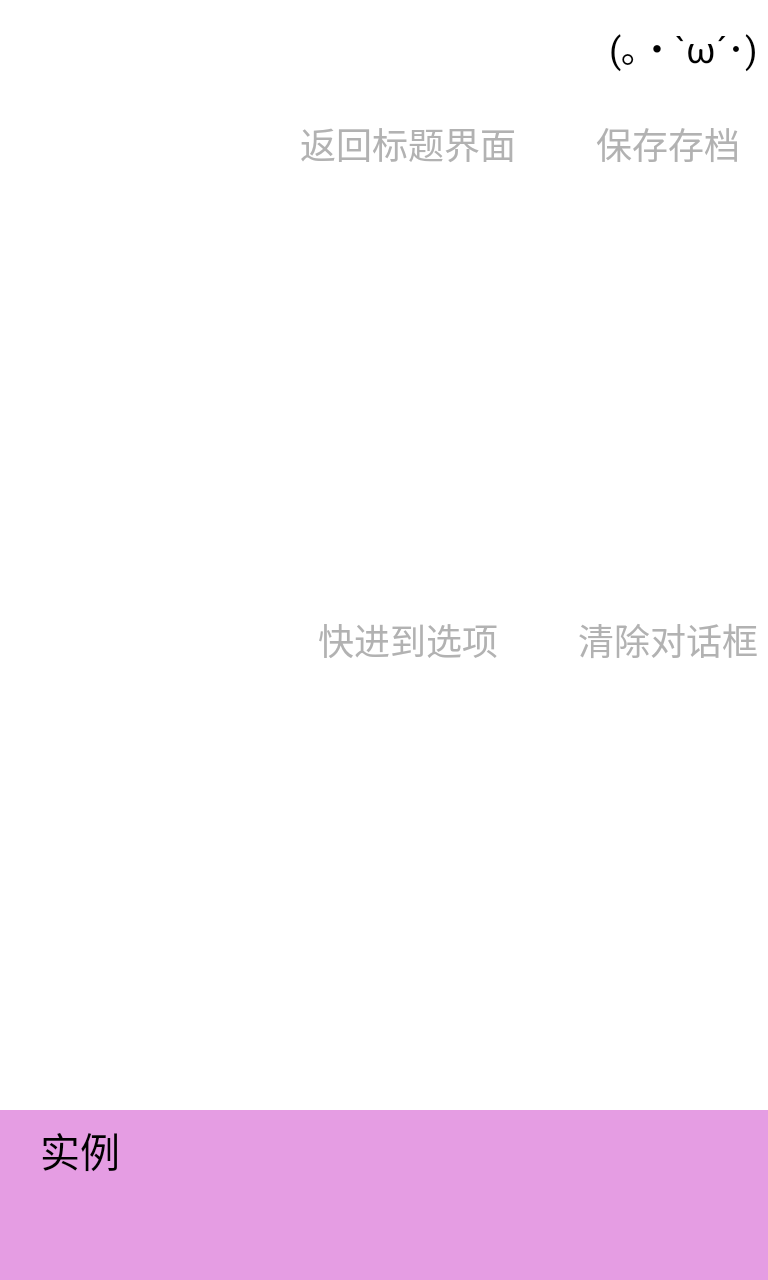
Repository: GuardLDW/HERO
Layout: GuardLDW/res/layout/game.xml
An editor plug-in stored every save of this project. The layout is shown before and after the next save, followed by the edit.
It is drawn on a 768 x 1280 px phone screen (xhdpi) without system bars, with theme AppTheme; the app's code is not run.

Above is the layout before, as saved 2016-10-04 03:00:12.

### GuardLDW/res/layout/game.xml
<?xml version="1.0" encoding="utf-8"?>
<RelativeLayout xmlns:android="http://schemas.android.com/apk/res/android"
    android:layout_width="match_parent"
    android:layout_height="match_parent"
    android:orientation="vertical" >


      <ImageView
        android:id="@+id/image_game"
        android:layout_width="match_parent"
        android:layout_height="match_parent"
        android:scaleType="fitXY" />

    <Button
        android:id="@+id/button_dialog"
        android:layout_width="match_parent"
        android:layout_height="wrap_content"
        android:layout_alignParentBottom="true"
        android:background="#afDA70D6"
        android:gravity="left"
        android:minHeight="85dp"
        android:paddingLeft="20dip"
        android:paddingRight="20dip"
        android:paddingTop="5dip"
        android:text = "实例"
        android:textSize="20sp" />

    <Button
        android:id="@+id/button_startgameset"
        android:layout_width="wrap_content"
        android:layout_height="wrap_content"
        android:layout_alignParentRight="true"
        android:layout_alignParentTop="true"
        android:text="(｡・`ω´･)"
        android:layout_marginRight="5dp"
        android:background="#00FFFFFF"/>

    <Button
        android:id="@+id/button_remove"
        android:layout_width="wrap_content"
        android:layout_height="wrap_content"
        android:layout_alignRight="@+id/button_startgameset"
        android:layout_centerVertical="true"
        android:text="清除对话框"
        android:background="#00FFFFFF"
        android:enabled="false"/>

    <Button
        android:id="@+id/button_save"
        android:layout_width="wrap_content"
        android:layout_height="wrap_content"
        android:layout_alignLeft="@+id/button_remove"
        android:layout_alignRight="@+id/button_startgameset"
        android:layout_below="@+id/button_startgameset"
        android:background="#00FFFFFF"
        android:enabled="false"
        android:text="保存存档" />

    <Button
        android:id="@+id/button_backtotitle"
        android:layout_width="wrap_content"
        android:layout_height="wrap_content"
        android:layout_alignBaseline="@+id/button_save"
        android:layout_alignBottom="@+id/button_save"
        android:layout_alignRight="@+id/button_fast"
        android:background="#00FFFFFF"
        android:enabled="false"
        android:minWidth="110dp"
        android:text="返回标题界面" />

    <Button
        android:id="@+id/button_fast"
        android:layout_width="wrap_content"
        android:layout_height="wrap_content"
        android:layout_centerVertical="true"
        android:layout_marginRight="30dp"
        android:layout_toLeftOf="@+id/button_remove"
        android:background="#00FFFFFF"
        android:minWidth="110dp"
        android:enabled="false"
        android:text="快进到选项" />



</RelativeLayout>

Loaded but not shown: GuardLDW/res/values/styles.xml (common file); GuardLDW/res/values-v11/styles.xml (common file); GuardLDW/res/values-v14/styles.xml (common file)

After the next save:
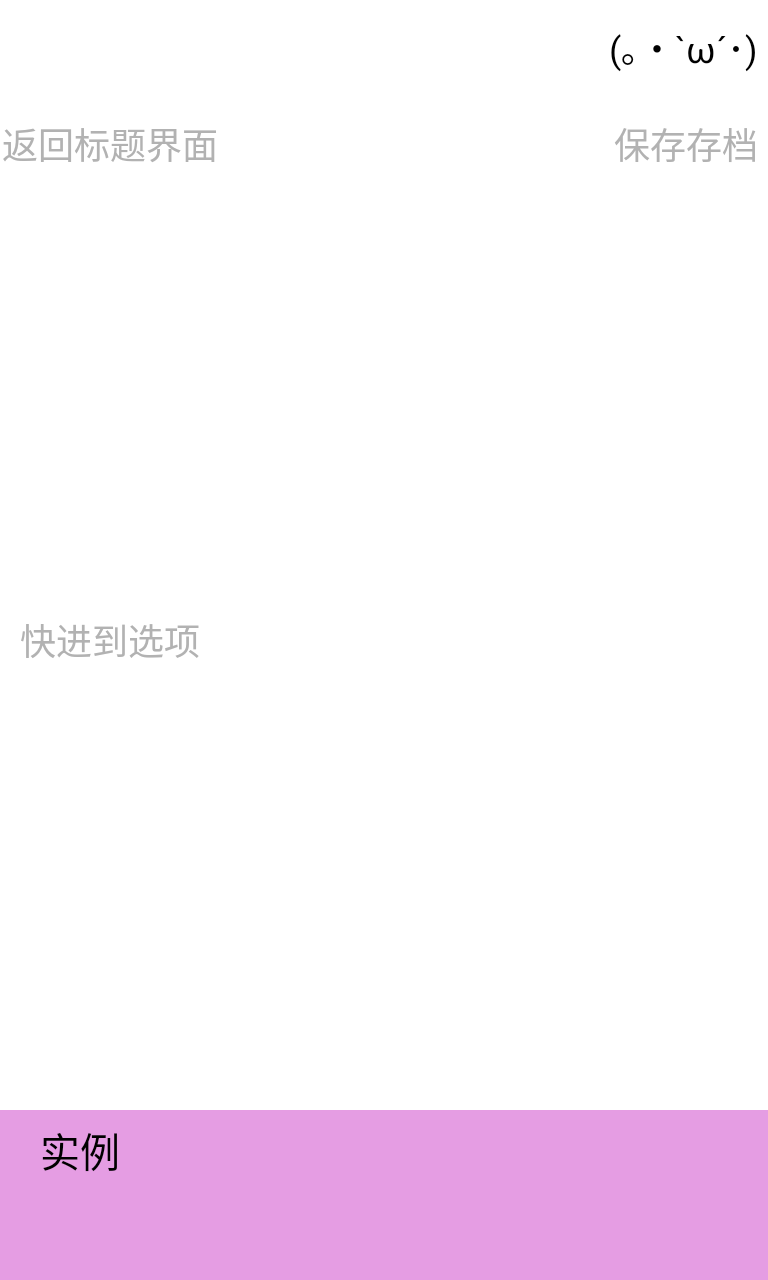
Saved 33 s later.
--- a/GuardLDW/res/layout/game.xml
+++ b/GuardLDW/res/layout/game.xml
@@ -42,8 +42,7 @@
         android:layout_alignRight="@+id/button_startgameset"
         android:layout_centerVertical="true"
         android:text="清除对话框"
-        android:background="#00FFFFFF"
-        android:enabled="false"/>
+        android:visibility="gone"/>
 
     <Button
         android:id="@+id/button_save"
